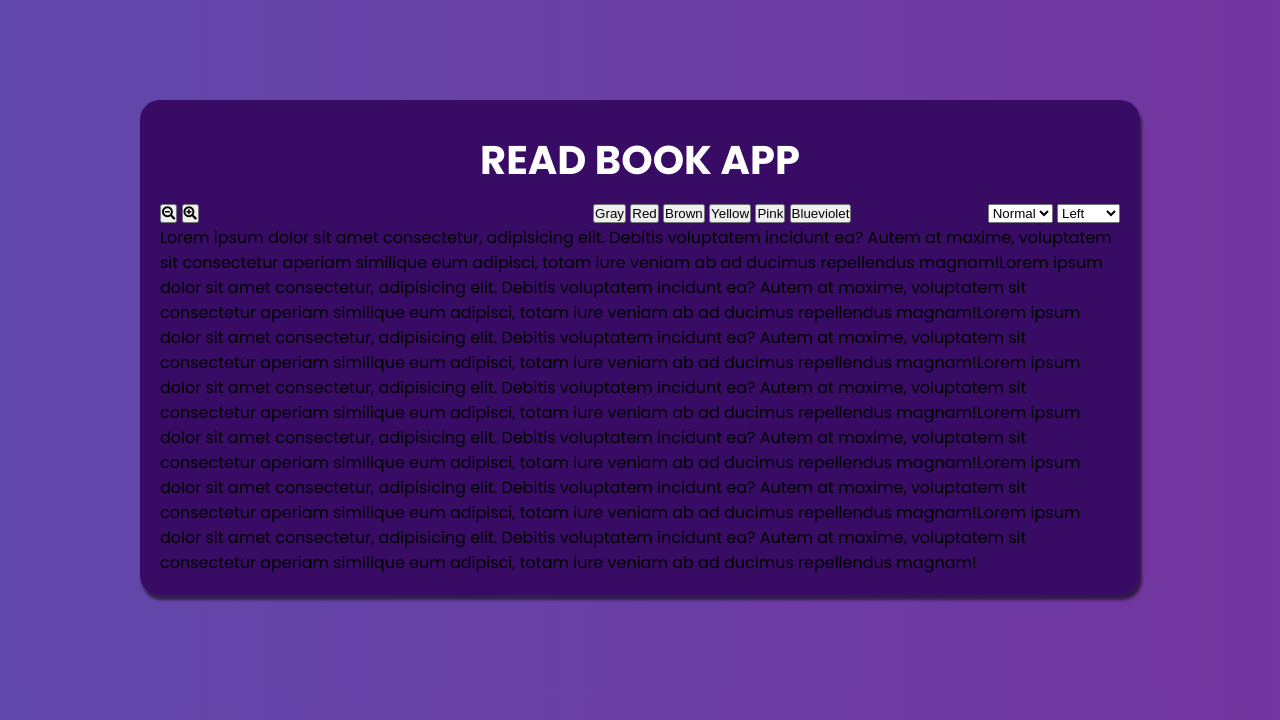
Repository: dinhconglam2306/frontend_tu_xa
Page: b09/02-reading-info/index.html
The author's editor kept a copy of each file at every save. The page is drawn from the files as they stood at one save, then again after the next save.
The browser window is 1280 px wide. The pictures show the whole page.
Some web libraries are served in a nearby version. The style sheet was rebuilt from its Sass, Less or Tailwind sources for each picture, by a compiler version that may differ from the author's.

Above is the page before, as saved 2021-04-25 06:12:52.

After the next save:
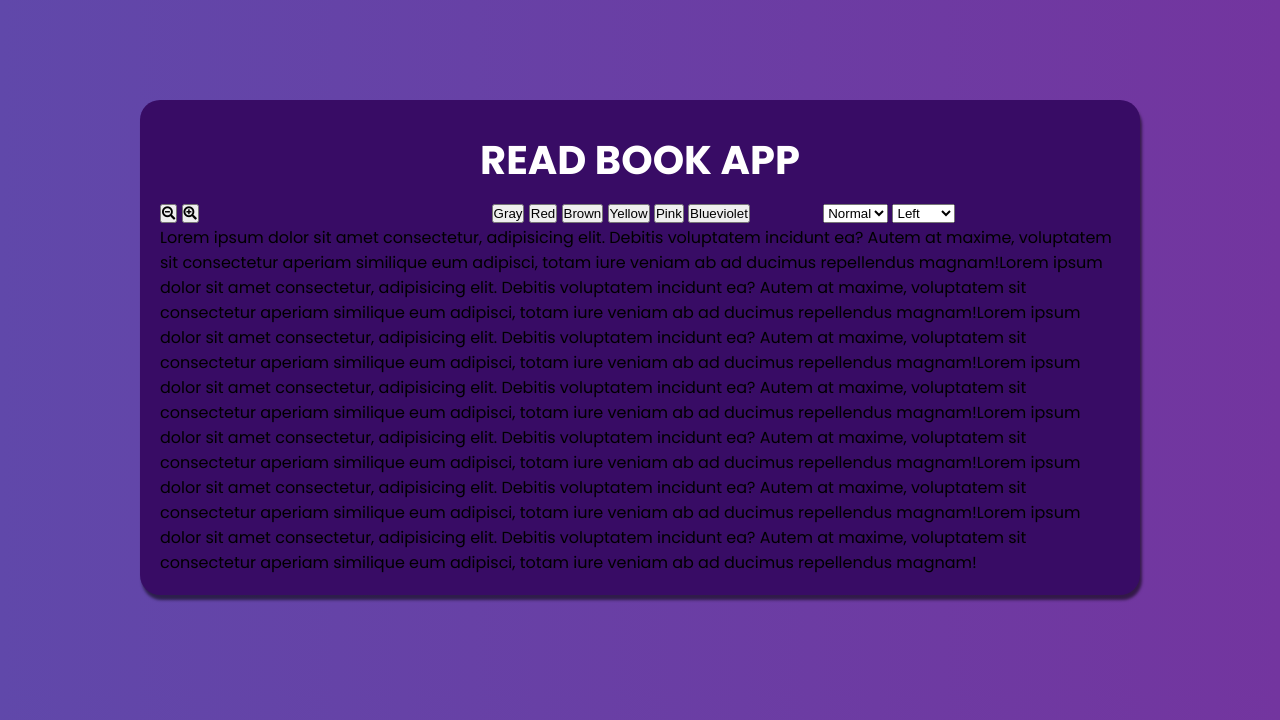
Saved 14 s later.
--- a/b09/02-reading-info/style.scss
+++ b/b09/02-reading-info/style.scss
@@ -64,10 +64,10 @@ img {
     &-zoom {
       width: calc(33% - 2rem);
     }
-    &-zoom {
+    &-bg {
       width: calc(33% - 2rem);
     }
-    &-zoom {
+    &-select {
       width: calc(33% - 2rem);
     }
   }
